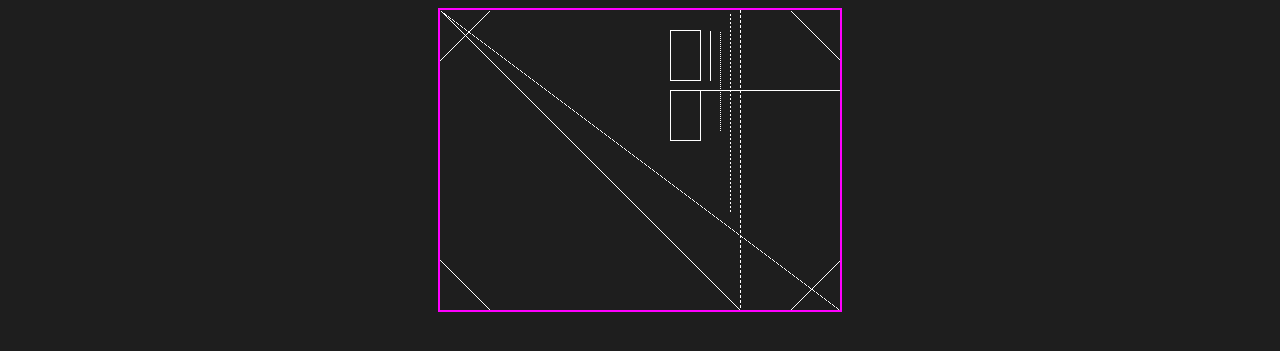
Repository: StarLightGX/miao
Page: paint.html
These files come from the project's save history. The page is drawn as it stood at one moment and after the next save; the edit follows.
The browser window is 1280 px wide. The pictures show the whole page.

Above is the page before, as saved 2020-11-12 20:29:00.

### paint.html
<!DOCTYPE html>
<html lang="en">
  <head>
    <meta charset="UTF-8" />
    <title>画图</title>
    <style>
      html {
        background-color: rgb(30, 30, 30);
      }
      canvas {
        border: 2px solid #f0f;
        display: block;
        margin: auto;
      }
    </style>
  </head>
  <body>
    <canvas width="400" height="300"></canvas>
  </body>
  <script>
    var canvas = document.querySelector("canvas");
    canvas.style.imageRendering = "pixelated";
    var ctx = canvas.getContext("2d");

    function dot(x, y, color = "white") {
      x = x | 0;
      y = y | 0;
      ctx.fillStyle = color;
      ctx.fillRect(x, y, 1, 1);
    }

    function line(x1, y1, x2, y2) {
      ctx.strokeStyle = "black";
      ctx.moveTo(x1, y1);
      ctx.lineTo(x2, y2);
      ctx.stroke();
    }
    /**
   * YOUR TASK
画图的题：
画一条实线
画一条一个实点一个空点的虚线
画一条两个实点两个空点的虚线
画一条三个实点两个空点的虚线
画一条45度的斜线
画一条30度的斜线（选做）
在四个角画分别画一条45度的斜线以让画面看起来像一个相框
画一条跨越画布左上角和右下角的对角线
画一个空心矩形
画一个实心矩形
画一个rgb色彩空间的某一面
画一个空心的圆
画一个实心的圆
画一个大小合适的sin(x)的图像
   */
  </script>
  <script>
    // YOUR CODE GOES BELOW
    var x = 1;
    var y = 1;
    var i = 0;

    // 画一条实线
    y = 20;
    for (i = 0; i < 50; i++) {
      y = y + 1;
      x = 270;
      dot(x, y);
    }

    // 画一条一个实点一个空点的虚线
    y = 20;
    for (i = 0; i < 50; i++) {
      y = y + 2;
      x = 280;
      dot(x, y);
    }

    // 画一条两个实点两个空点的虚线

    for (i = 0; i < 50; i++) {
      y = 4 * (i + 1);
      x = 290;
      dot(x, y);
    }

    for (i = 0; i < 50; i++) {
      y = 4 * (i + 1) + 1;
      x = 290;
      dot(x, y);
    }

    // 画一条三个实点两个空点的虚线

    for (i = 0; i < 100; i++) {
      y = 5 * (i + 1);
      x = 300;
      dot(x, y - 10);
    }

    for (i = 0; i < 100; i++) {
      y = 5 * (i + 1) + 1;
      x = 300;
      dot(x, y - 10);
    }

    for (i = 0; i < 100; i++) {
      y = 5 * (i + 1) + 2;
      x = 300;
      dot(x, y - 10);
    }

    // 画一条45度的斜线
    y = 0;
    for (i = 0; i < 1050; i++) {
      y = y + 1;
      x = y;
      dot(x, y);
    }
    // 画一条30度的斜线（选做）
    y = 0;
    for (i = 0; i < 1050; i++) {
      y = y + 1;
      x = y;
      dot(x, y);
    }
    // 在四个角画分别画一条45度的斜线以让画面看起来像一个相框
    y = 0;
    for (i = 0; i < 1050; i++) {
      y = y + 1;
      x = y;
      dot(x - 250, y);
    }
    y = 0;
    for (i = 0; i < 1050; i++) {
      y = y + 1;
      x = y;
      dot(x + 350, y);
    }
    y = 0;
    for (i = 0; i < 1050; i++) {
      y = y + 1;
      x = -y;
      dot(x + 50, y);
    }
    y = 0;
    for (i = 0; i < 1050; i++) {
      y = y + 1;
      x = -y;
      dot(x + 650, y);
    }

    // 画一条跨越画布左上角和右下角的对角线
    y = 0;
    for (i = 0; i < 500; i++) {
      y = y + 1;
      x = (4 / 3) * y;
      dot(x, y);
    }
    // 画一个空心矩形
    y = 20;
    for (i = 0; i < 50; i++) {
      y = y + 1;
      x = 260;
      dot(x, y);
    }
    y = 20;
    for (i = 0; i < 50; i++) {
      y = y + 1;
      x = 230;
      dot(x, y);
    }
    y = 20;
    for (i = 0; i < 31; i++) {
      y = y + 1;
      x = 30;
      dot(y + 209, x - 10);
    }
    y = 20;
    for (i = 0; i < 31; i++) {
      y = y + 1;
      x = 30;
      dot(y + 209, x + 40);
    }
    // 画一个实心矩形
    y = 80;
    for (i = 0; i < 50; i++) {
      y = y + 1;
      x = 260;
      dot(x, y);
    }
    y = 80;
    for (i = 0; i < 50; i++) {
      y = y + 1;
      x = 230;
      dot(x, y);
    }
    y = 20;
    for (i = 0; i < 31; i++) {
      y = y + 1;
      x = 30;
      dot(y + 209, x + 50);
    }
    y = 20;
    for (i = 0; i < 31; i++) {
      y = y + 1;
      x = 30;
      dot(y + 209, x + 100);
    }

    y = 80;
    x = 230;
    for (var c = 0; c < 50; c++) {
      for (i = 0; i < 50; i++) {
        x = x + 1;
        dot(x, y);
      }
    }
    // 画一个rgb色彩空间的某一面
    // 画一个空心的圆
    // 画一个实心的圆
    // 画一个大小合适的sin(x)的图像
  </script>
</html>

After the next save:
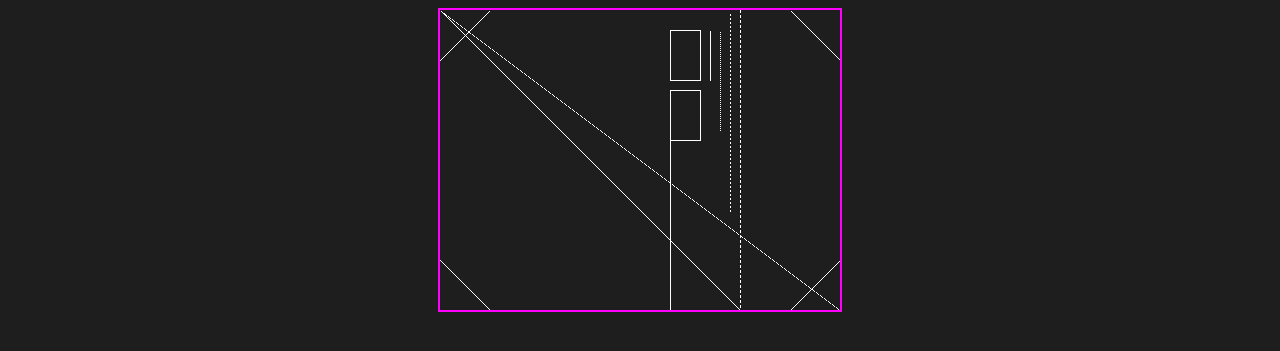
Saved 13 s later.
--- a/paint.html
+++ b/paint.html
@@ -209,10 +209,10 @@
     }
 
     y = 80;
-    x = 230;
     for (var c = 0; c < 50; c++) {
       for (i = 0; i < 50; i++) {
-        x = x + 1;
+        y = y + 1;
+        x = 230;
         dot(x, y);
       }
     }

After the 2 saves that followed:
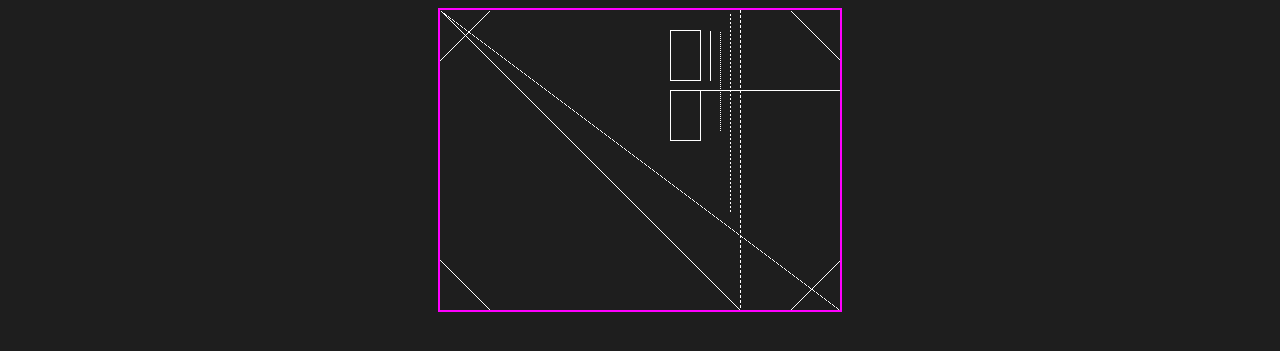
The 2 saves are shown as one change because they came seconds apart.
The last was saved 75 s later.
--- a/paint.html
+++ b/paint.html
@@ -209,10 +209,11 @@
     }
 
     y = 80;
+    x = 230;
     for (var c = 0; c < 50; c++) {
       for (i = 0; i < 50; i++) {
-        y = y + 1;
-        x = 230;
+        y = y;
+        x = x + 1;
         dot(x, y);
       }
     }
